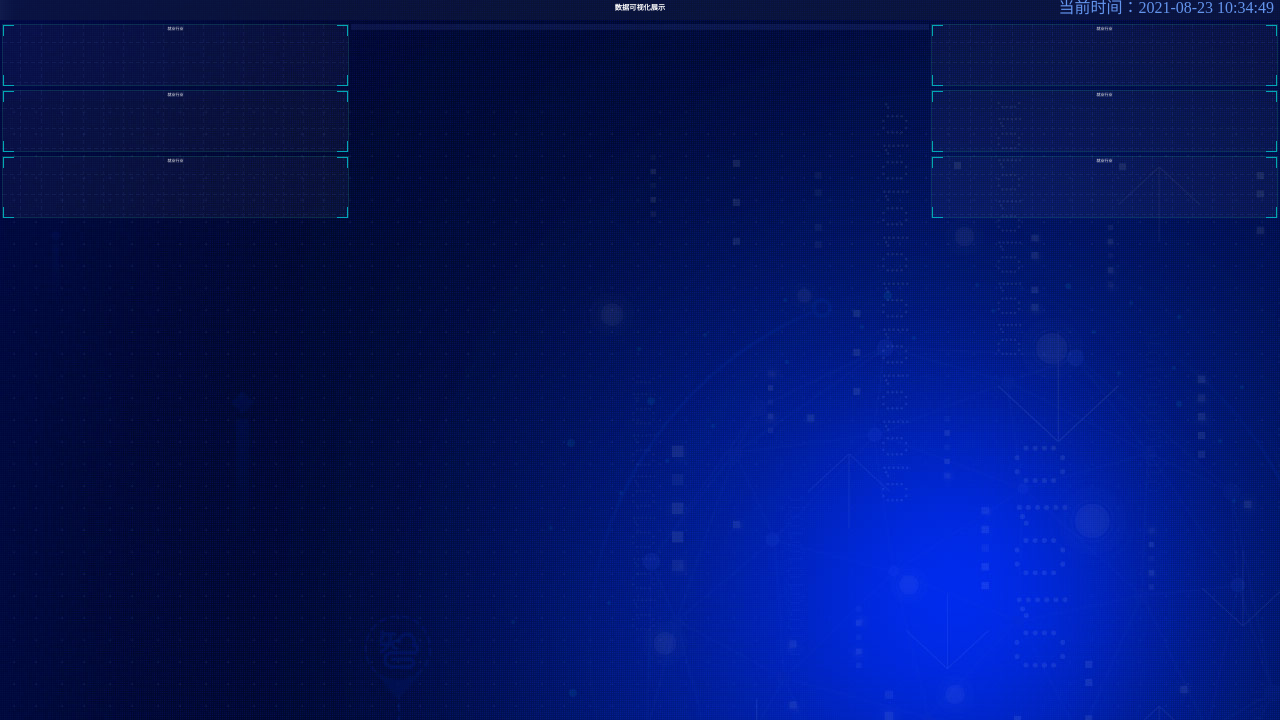
Repository: jiang-1990/DataVM
Page: /
An editor plug-in stored every save of this project. The page is shown before and after the next save, followed by the edit.
The browser window is 1280 px wide. The pictures show the whole page.
The project was rebuilt for these pictures with package versions that can differ from the ones it lists, and the page was loaded fresh each time.

Above is the page before, as saved 2021-08-23 15:20:16.

After the next save:
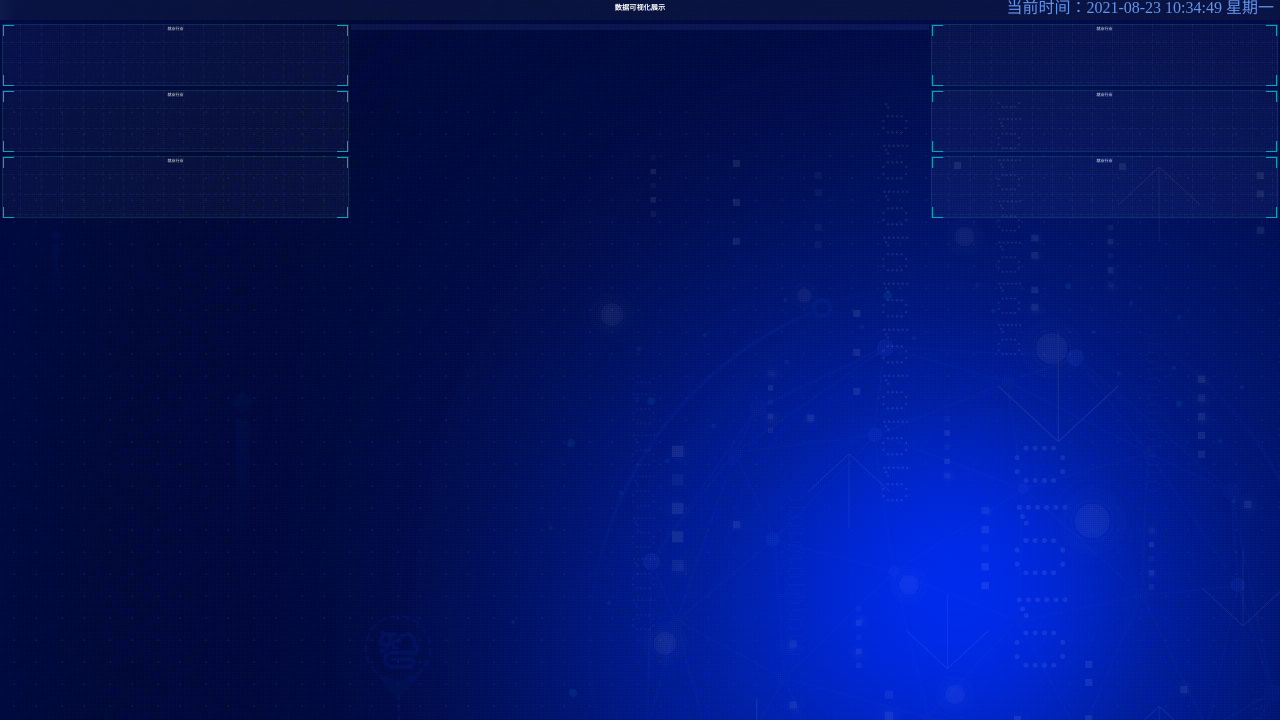
Saved 4 min 47 s later.
--- a/src/components/bigScreen.vue
+++ b/src/components/bigScreen.vue
@@ -73,8 +73,10 @@ export default {
       var hh = now.getHours().toString().padStart(2, '0')
       var mm = now.getMinutes().toString().padStart(2, '0')
       var ss = now.getSeconds().toString().padStart(2, '0')
+      let week = now.getDay(); // 星期
+      let weekArr = [ "星期日", "星期一", "星期二", "星期三", "星期四", "星期五", "星期六" ];
       // 过滤器中要有返回值
-      return `${y}-${m}-${d} ${hh}:${mm}:${ss}`
+      return `${y}-${m}-${d} ${hh}:${mm}:${ss} ${weekArr[week]}`
     }
   },
   mounted(){
